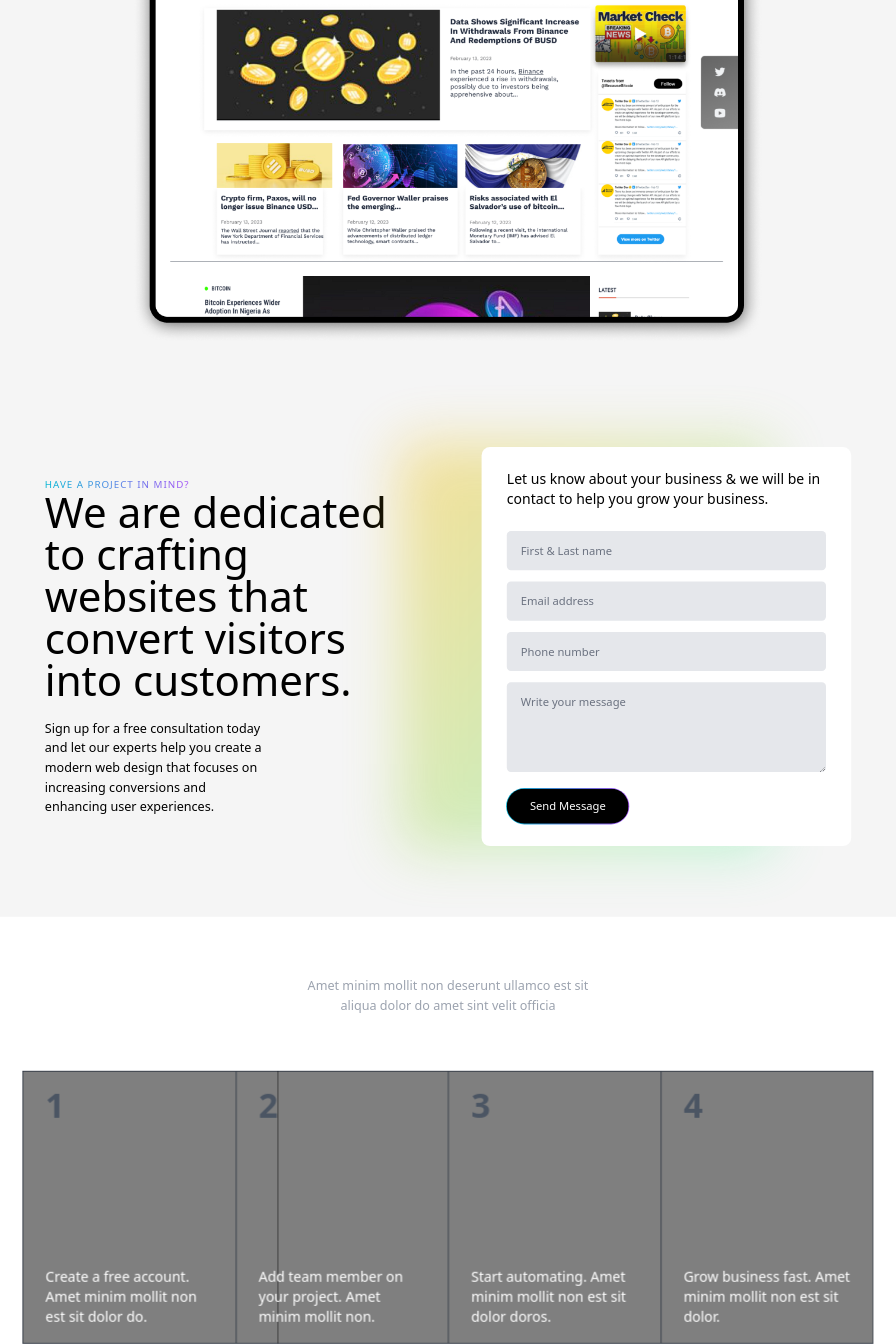
Repository: ornelasedward/mired_website
Page: /
The author's editor kept a copy of each file at every save. The page is drawn from the files as they stood at one save, then again after the next save.
The browser window is 1280 px wide. The pictures show the part of the page from y = 724 to 2644 px (the page is 2644 px tall before and 2504 px after), at 70% of full size.
The project was rebuilt for these pictures with package versions that can differ from the ones it lists, and the page was loaded fresh each time. The framework's server and built-in components were replaced by stand-ins that run in the browser. Also part of the build but not shown: next.config.js.

Above is the page before, as saved 2023-03-28 19:41:02.

After the next save:
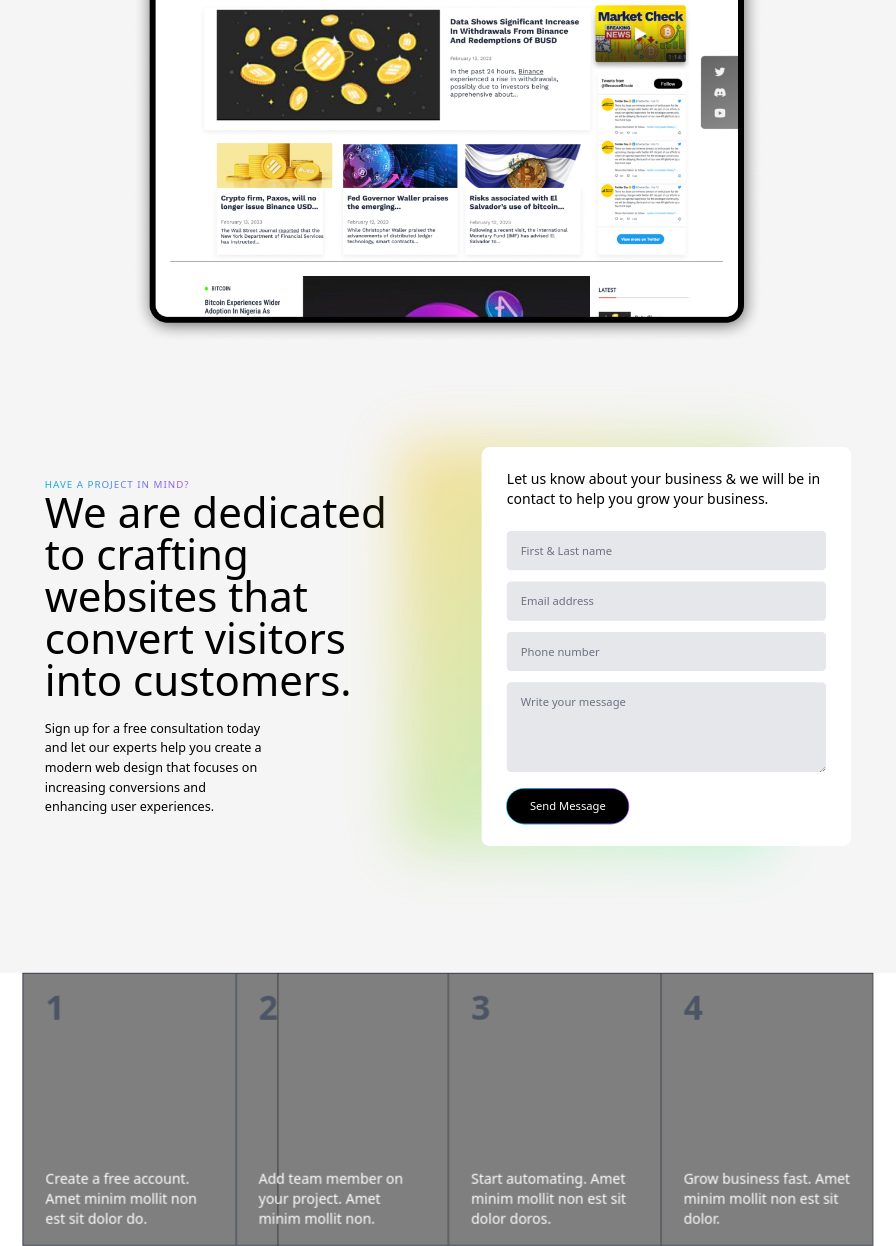
Saved 18 s later.
--- a/components/Services.tsx
+++ b/components/Services.tsx
@@ -4,16 +4,6 @@
   return (
     <div className="bg-white">
       <div className="relative px-4 mx-auto sm:px-6 lg:px-8 max-w-7xl">
-        <div className="max-w-md mx-auto text-center">
-          <h2 className="text-3xl font-normal text-white sm:text-4xl lg:text-5xl xl:text-6xl">
-            3 simple steps
-          </h2>
-          <p className="mt-6 text-lg font-normal text-gray-400">
-            Amet minim mollit non deserunt ullamco est sit aliqua dolor do amet
-            sint velit officia
-          </p>
-        </div>
-
         <div className="grid grid-cols-1 mt-12 bg-black bg-opacity-50 border border-gray-800 sm:grid-cols-2 lg:grid-cols-4 sm:mt-16 lg:mt-20 backdrop-blur-lg">
           <div className="">
             <div className="p-6 sm:px-8">
